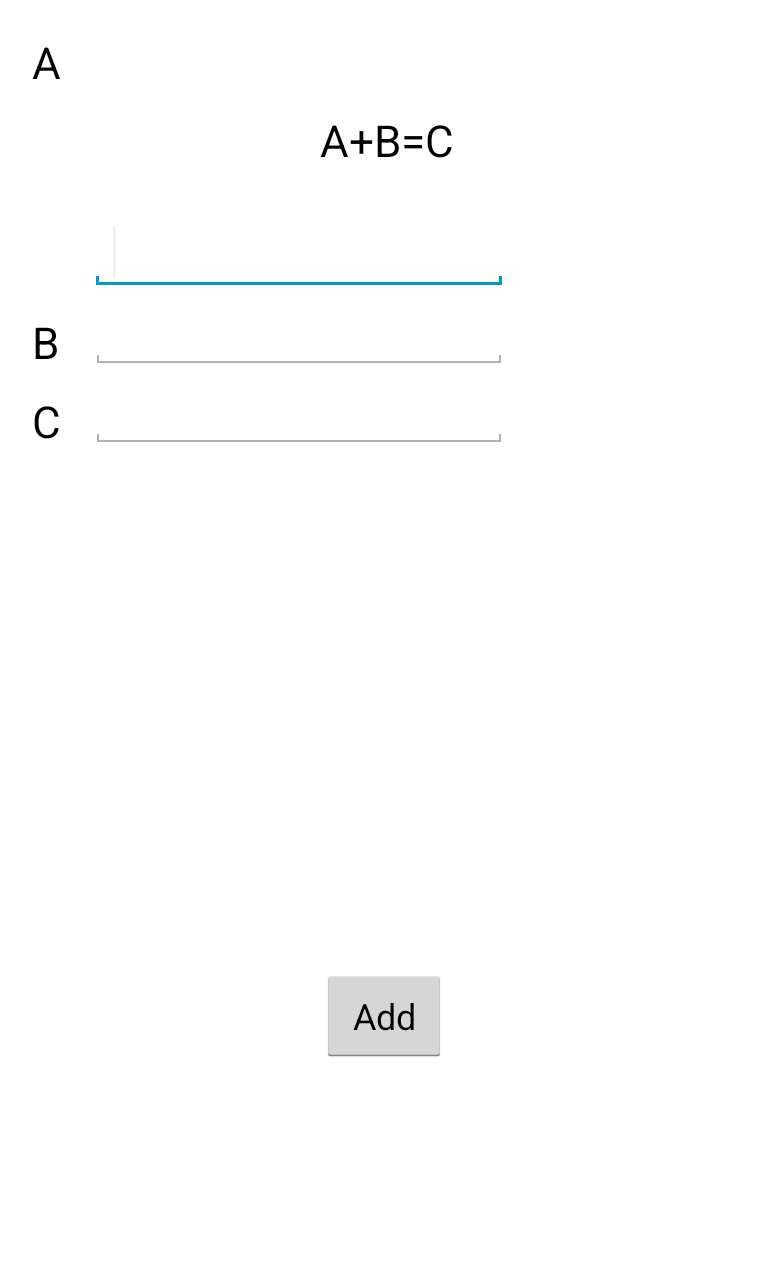
Repository: dtri123/Equation-Station
Layout: TheEquationStation/res/layout/addition_page.xml
These files come from the project's save history. The layout is drawn as it stood at one moment and after the next save; the edit follows.
It is drawn on a 768 x 1280 px phone screen (xhdpi) without system bars, with theme AppTheme; the app's code is not run.

Above is the layout before, as saved 2013-07-17 18:04:53.

After the next save:
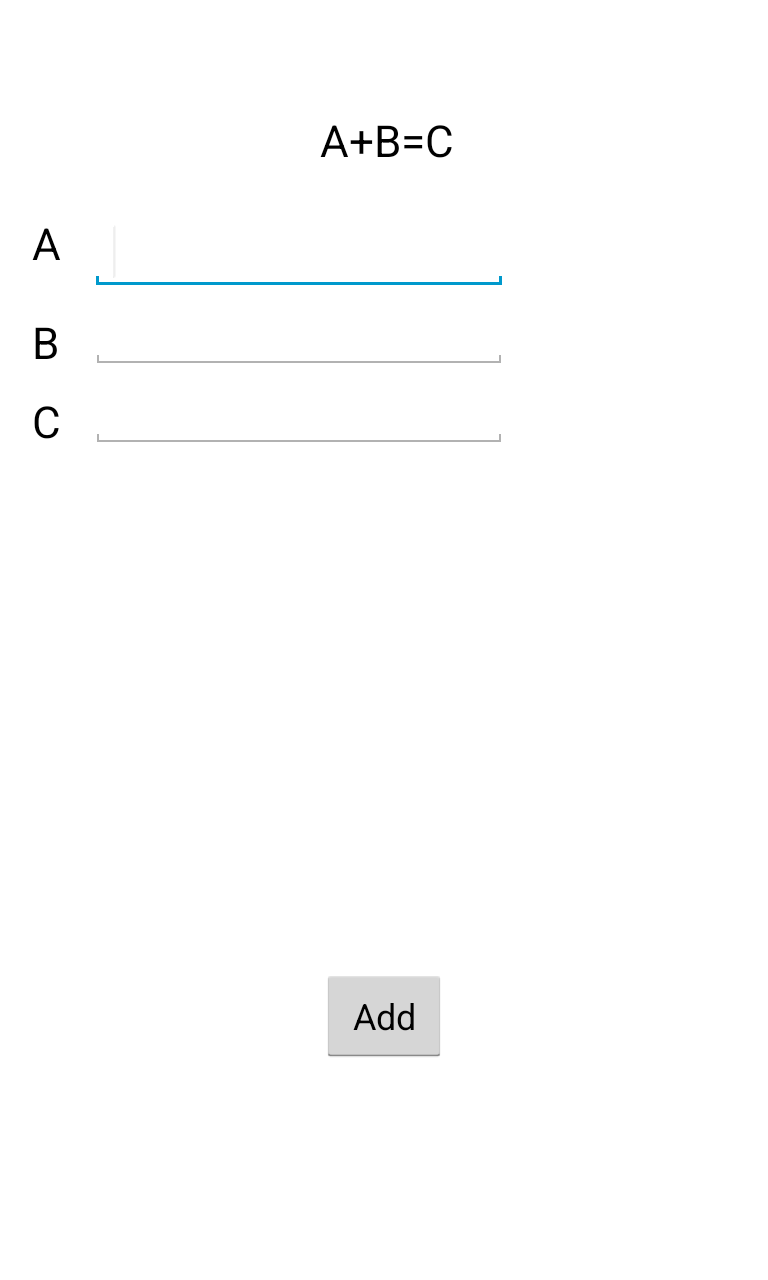
Saved 2 s later.
--- a/TheEquationStation/res/layout/addition_page.xml
+++ b/TheEquationStation/res/layout/addition_page.xml
@@ -69,15 +69,6 @@
         <requestFocus />
     </EditText>
 
-      <TextView
-        android:id="@+id/textView3"
-        android:layout_width="wrap_content"
-        android:layout_height="wrap_content"
-        android:layout_alignBottom="@+id/editTex1"
-        android:layout_alignLeft="@+id/textView4"
-        android:text="A"
-        android:textAppearance="?android:attr/textAppearanceLarge" />
-
     <TextView
         android:id="@+id/textView4"
         android:layout_width="wrap_content"
@@ -96,4 +87,13 @@
         android:text="C"
         android:textAppearance="?android:attr/textAppearanceLarge" />
 
+    <TextView
+        android:id="@+id/textView3"
+        android:layout_width="wrap_content"
+        android:layout_height="wrap_content"
+        android:layout_alignLeft="@+id/textView4"
+        android:layout_alignTop="@+id/editText1"
+        android:text="A"
+        android:textAppearance="?android:attr/textAppearanceLarge" />
+
 </RelativeLayout>
